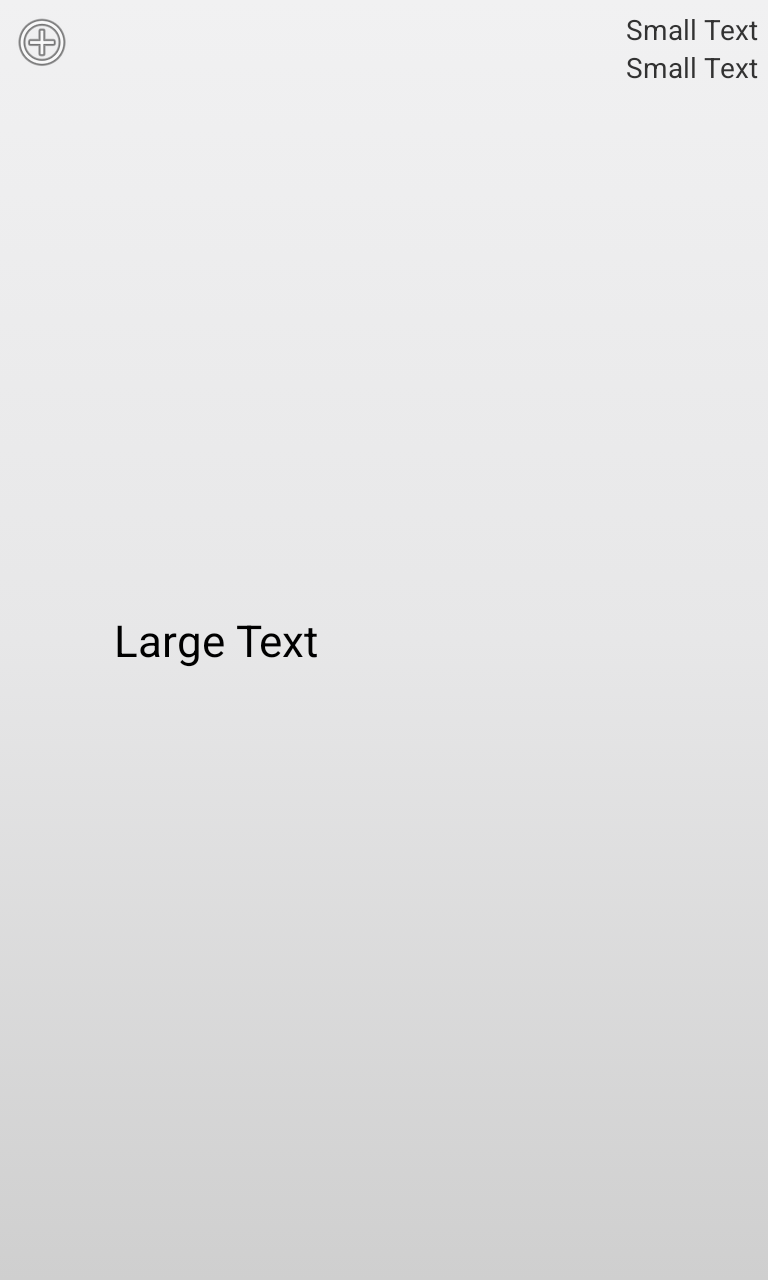
Repository: satyadarls/ToDo
Layout: ToDo/res/layout/activity_main.xml
These files come from the project's save history. The layout is drawn as it stood at one moment and after the next save; the edit follows.
It is drawn on a 768 x 1280 px phone screen (xhdpi) without system bars, with theme AppTheme; the app's code is not run.

Above is the layout before, as saved 2014-07-06 08:53:56.

### ToDo/res/layout/activity_main.xml
<?xml version="1.0" encoding="utf-8"?>
<RelativeLayout xmlns:android="http://schemas.android.com/apk/res/android"
    android:layout_width="fill_parent"
    android:layout_height="wrap_content"
    android:background="@drawable/list_selector"
    android:orientation="horizontal"
    android:padding="5dip" >

	<ImageView
        android:id="@+id/imageView1"
        android:layout_width="wrap_content"
        android:layout_height="wrap_content"
         android:layout_alignParentLeft="true"
        android:src="@android:drawable/ic_menu_add" />

    <TextView
        android:id="@+id/timeText"
        android:layout_width="wrap_content"
        android:layout_height="wrap_content"
        android:layout_alignParentRight="true"
        android:layout_alignParentTop="true"
        android:text="Small Text"
        android:textAppearance="?android:attr/textAppearanceSmall" />

    <TextView
        android:id="@+id/taskText"
        android:layout_width="wrap_content"
        android:layout_height="wrap_content"
        android:layout_centerVertical="true"
        android:layout_marginLeft="20dp"
        android:layout_toRightOf="@+id/imageView1"
        android:text="Large Text"
        android:textAppearance="?android:attr/textAppearanceLarge" />

    <TextView
        android:id="@+id/priorityText"
        android:layout_width="wrap_content"
        android:layout_height="wrap_content"
        android:layout_alignRight="@+id/timeText"
        android:layout_below="@+id/timeText"
        android:text="Small Text"
        android:textAppearance="?android:attr/textAppearanceSmall" />

  </RelativeLayout>

Loaded but not shown: ToDo/res/values/styles.xml (common file); ToDo/res/values-v11/styles.xml (common file); ToDo/res/values-v14/styles.xml (common file); ToDo/res/drawable-ldpi/list_selector.xml (common file); ToDo/res/drawable-ldpi/gradient_bg.xml (common file); ToDo/res/drawable-ldpi/gradient_bg_hover.xml (common file)

After the next save:
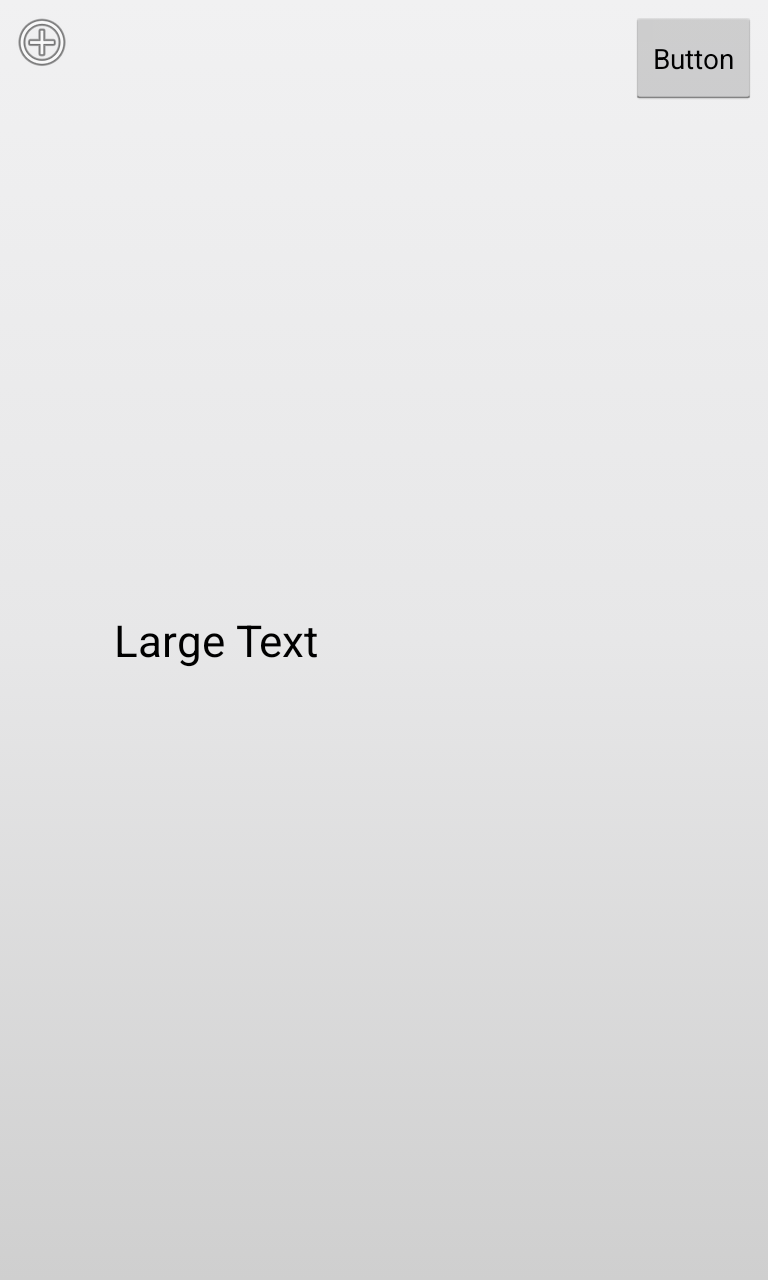
Saved 36 s later.
--- a/ToDo/res/layout/activity_main.xml
+++ b/ToDo/res/layout/activity_main.xml
@@ -14,15 +14,6 @@
         android:src="@android:drawable/ic_menu_add" />
 
     <TextView
-        android:id="@+id/timeText"
-        android:layout_width="wrap_content"
-        android:layout_height="wrap_content"
-        android:layout_alignParentRight="true"
-        android:layout_alignParentTop="true"
-        android:text="Small Text"
-        android:textAppearance="?android:attr/textAppearanceSmall" />
-
-    <TextView
         android:id="@+id/taskText"
         android:layout_width="wrap_content"
         android:layout_height="wrap_content"
@@ -32,13 +23,13 @@
         android:text="Large Text"
         android:textAppearance="?android:attr/textAppearanceLarge" />
 
-    <TextView
-        android:id="@+id/priorityText"
+    <Button
+        android:id="@+id/button1"
+        style="?android:attr/buttonStyleSmall"
         android:layout_width="wrap_content"
         android:layout_height="wrap_content"
-        android:layout_alignRight="@+id/timeText"
-        android:layout_below="@+id/timeText"
-        android:text="Small Text"
-        android:textAppearance="?android:attr/textAppearanceSmall" />
+        android:layout_alignParentRight="true"
+        android:layout_alignParentTop="true"
+        android:text="Button" />
 
   </RelativeLayout>
